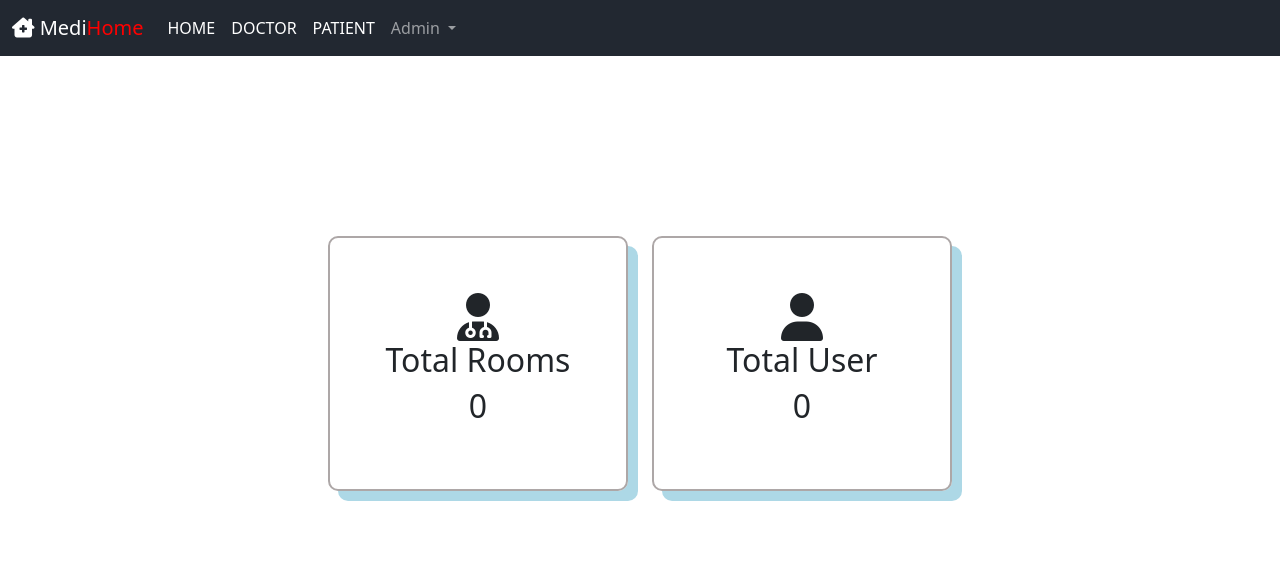
Repository: SparshGarg1/Hostel_Managment_System
Page: http://localhost/Hostel/adminportal.jsp
An editor plug-in stored every save of this project. The page is shown before and after the next save, followed by the edit.
The browser window is 1280 px wide. The pictures show the whole page.
Some web libraries are served in a nearby version. The page is served by Tomcat 9. Queries for data that is not in the repository find no rows.

Above is the page before, as saved 2023-06-17 08:01:44.

After the next save:
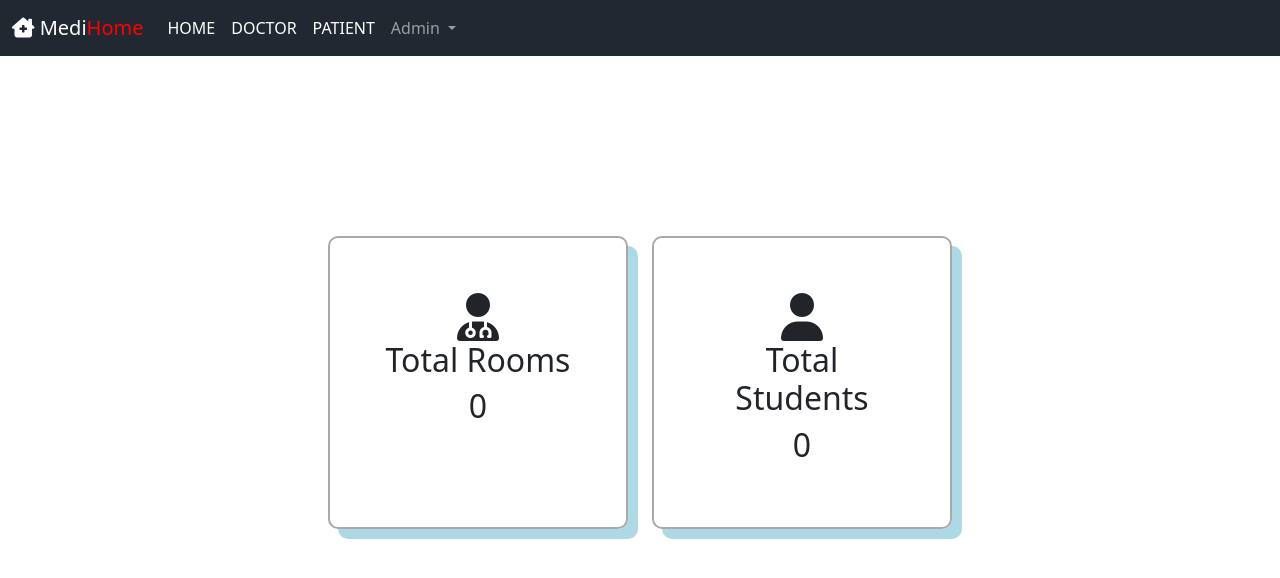
Saved 35 s later.
--- a/Hostel/WebContent/adminportal.jsp
+++ b/Hostel/WebContent/adminportal.jsp
@@ -113,7 +113,7 @@ while(rs2.next())
         </div>
         <div class="user box1">
             <i class="fa fa-user fa-3x"></i>
-            <h2>Total User</h2>
+            <h2>Total Students</h2>
             <h2><%=j %></h2>
         </div>
         <%-- <div class="appo box1">
